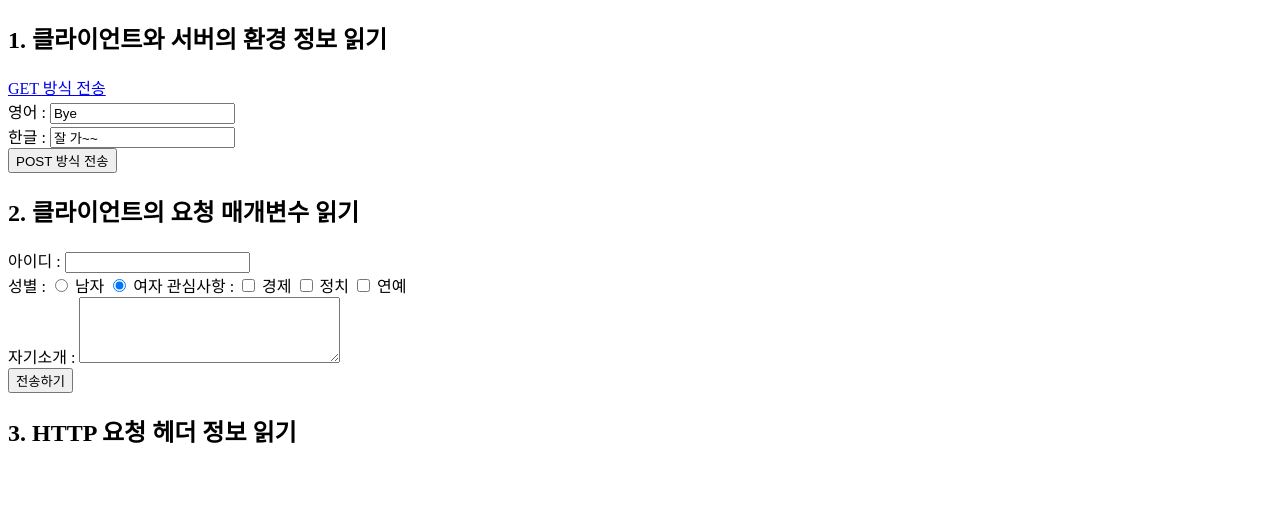
Repository: achul1026/jspStudy
Page: http://localhost/MustHaveJSP/02ImplicitObject/RequestMain.jsp
An editor plug-in stored every save of this project. The page is shown before and after a run of saves, followed by the edit.
The browser window is 1280 px wide. The pictures show the whole page.
The page is served by Tomcat 9. Other server files are loaded and not shown.

Above is the page before, as saved 2022-09-21 12:13:34.

### MustHaveJSP/src/main/webapp/02ImplicitObject/RequestMain.jsp
<%@ page language="java" contentType="text/html; charset=EUC-KR"
    pageEncoding="UTF-8"%>
<!DOCTYPE html>
<html>
<head>
<meta charset="UTF-8">
<title>내장 객체 - request</title>
</head>
<body>
	<h2>1. 클라이언트와 서버의 환경 정보 읽기</h2>
	<a href="./RequestWebInfo.jsp?eng=Hello&han=안녕">
		GET 방식 전송
	</a>
	<br>
	<form action="RequestWebInfo.jsp" method="post">
		영어 : <input type="text" name="eng" value="Bye">
		<br>
		한글 : <input type="text" name="han" value="잘 가~~">
		<br>
		<input type="submit" value="POST 방식 전송">
	</form>

	<h2>2. 클라이언트의 요청 매개변수 읽기</h2>
	<form method="post" action="RequestParameter.jsp">
		아이디 : <input type="text" name="id" value="">
		<br>
		성별 : <input type="radio" name="sex" value="man"> 남자
		<input type="radio" name="sex" value="woman" checked="checked"> 여자
		관심사항 :
		<input type="checkbox" name="favo" value="eco"> 경제
		<input type="checkbox" name="favo" value="pol"> 정치
		<input type="checkbox" name="favo" value="ent"> 연예<br>
		자기소개 :
		<textarea name="intro" cols="30" rows="4"></textarea>
		<br>
		<input type="submit" value="전송하기">
	</form>

	<h2>3. HTTP 요청 헤더 정보 읽기</h2>
</body>
</html>

After the next 3 saves:
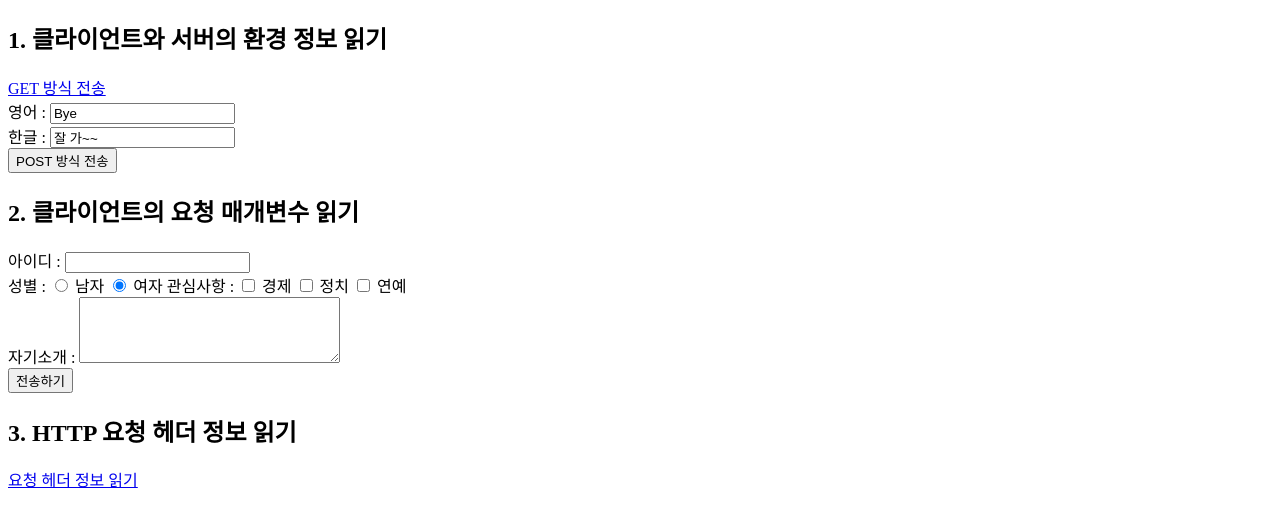
The 3 saves are shown as one change because they came seconds apart.
The last was saved 31 s later.
--- a/MustHaveJSP/src/main/webapp/02ImplicitObject/RequestMain.jsp
+++ b/MustHaveJSP/src/main/webapp/02ImplicitObject/RequestMain.jsp
@@ -37,5 +37,8 @@
 	</form>
 
 	<h2>3. HTTP 요청 헤더 정보 읽기</h2>
+	<a href="RequestHeader.jsp">
+		요청 헤더 정보 읽기
+	</a>
 </body>
 </html>
